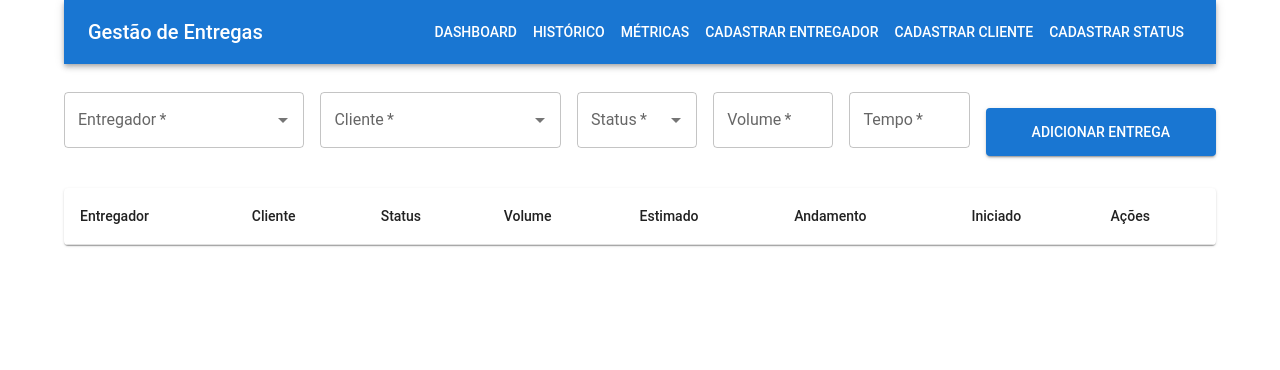
Repository: feliperanon/mobilegestao
Page: /dashboard (app in frontend/)
These files come from the project's save history. The page is drawn as it stood at one moment and after the next save; the edit follows.
The browser window is 1280 px wide. The pictures show the whole page.
The page's requests for data from a server got no answer. The project was rebuilt for these pictures with package versions that can differ from the ones it lists, and the page was loaded fresh each time. No one was signed in, and anything a server would have sent is missing. Also part of the build but not shown: frontend/webpack.config.js, frontend/src/pages/Home.js, frontend/src/pages/History.js, frontend/src/pages/Analysis.js, frontend/src/components/Login.js, frontend/src/components/Register.js, frontend/src/components/AddEntregador.js, frontend/src/components/AddCliente.js and 2 more.

Above is the page before, as saved 2024-07-20 20:28:40.

### frontend/public/index.html
<!-- frontend/public/index.html -->

<!DOCTYPE html>
<html lang="en">
<head>
    <meta charset="UTF-8">
    <meta name="viewport" content="width=device-width, initial-scale=1.0">
    <title>Mobile Gestão</title>
</head>
<body>
    <div id="root"></div>
</body>
</html>

### frontend/src/index.js
import React from 'react';
import { createRoot } from 'react-dom/client';
import { BrowserRouter as Router, Route, Routes } from 'react-router-dom';
import { ThemeProvider, createTheme } from '@mui/material/styles';
import CssBaseline from '@mui/material/CssBaseline';
import Home from './pages/Home';
import History from './pages/History';
import Analysis from './pages/Analysis';
import Dashboard from './components/Dashboard';
import Login from './components/Login';
import Register from './components/Register';
import AddEntregador from './components/AddEntregador';
import AddCliente from './components/AddCliente';
import AddStatus from './components/AddStatus';
import Metrics from './components/Metrics';

const theme = createTheme({
  palette: {
    primary: {
      main: '#1976d2',
    },
    secondary: {
      main: '#dc004e',
    },
  },
  typography: {
    fontFamily: 'Roboto, Arial, sans-serif',
  },
});

const container = document.getElementById('root');
const root = createRoot(container);

root.render(
  <ThemeProvider theme={theme}>
    <CssBaseline />
    <Router>
      <Routes>
        <Route path="/" element={<Home />} />
        <Route path="/login" element={<Login />} />
        <Route path="/register" element={<Register />} />
        <Route path="/dashboard" element={<Dashboard />} />
        <Route path="/history" element={<History />} />
        <Route path="/analysis" element={<Analysis />} />
        <Route path="/metrics" element={<Metrics />} />
        <Route path="/add-entregador" element={<AddEntregador />} />
        <Route path="/add-cliente" element={<AddCliente />} />
        <Route path="/add-status" element={<AddStatus />} />
      </Routes>
    </Router>
  </ThemeProvider>
);

### frontend/src/components/Dashboard.js
import React, { useEffect, useState } from 'react';
import axios from 'axios';
import {
  Container,
  Typography,
  Box,
  Button,
  Table,
  TableBody,
  TableCell,
  TableContainer,
  TableHead,
  TableRow,
  Paper,
  IconButton,
  Dialog,
  DialogActions,
  DialogContent,
  DialogContentText,
  DialogTitle,
  TextField,
} from '@mui/material';
import Autocomplete from '@mui/material/Autocomplete';
import EditIcon from '@mui/icons-material/Edit';
import DeleteIcon from '@mui/icons-material/Delete';
import DoneIcon from '@mui/icons-material/Done';
import Navigation from './Navigation';

const Dashboard = () => {
  const [deliveries, setDeliveries] = useState([]);
  const [entregadores, setEntregadores] = useState([]);
  const [clientes, setClientes] = useState([]);
  const [statusList, setStatusList] = useState([]);
  const [entregador, setEntregador] = useState(null);
  const [cliente, setCliente] = useState(null);
  const [status, setStatus] = useState(null);
  const [volume, setVolume] = useState('');
  const [tempoEstimado, setTempoEstimado] = useState('');
  const [editDialogOpen, setEditDialogOpen] = useState(false);
  const [editDeliveryId, setEditDeliveryId] = useState(null);
  const [editEntregador, setEditEntregador] = useState(null);
  const [deleteDialogOpen, setDeleteDialogOpen] = useState(false);
  const [deleteDeliveryId, setDeleteDeliveryId] = useState(null);

  useEffect(() => {
    const fetchData = async () => {
      const deliveriesRes = await axios.get('http://localhost:5008/api/deliveries');
      const updatedDeliveries = deliveriesRes.data.map(delivery => ({
        ...delivery,
        tempoEmAndamento: Math.floor((Date.now() - new Date(delivery.iniciado)) / 60000)
      }));
      setDeliveries(updatedDeliveries);

      const entregadoresRes = await axios.get('http://localhost:5008/api/lists/entregadores');
      setEntregadores(entregadoresRes.data);

      const clientesRes = await axios.get('http://localhost:5008/api/lists/clientes');
      setClientes(clientesRes.data);

      const statusRes = await axios.get('http://localhost:5008/api/lists/status');
      setStatusList(statusRes.data);
    };

    fetchData();

    const intervalId = setInterval(() => {
      setDeliveries((prevDeliveries) =>
        prevDeliveries.map((delivery) => ({
          ...delivery,
          tempoEmAndamento: Math.floor((Date.now() - new Date(delivery.iniciado)) / 60000)
        }))
      );
    }, 60000);

    return () => clearInterval(intervalId);
  }, []);

  const handleSubmit = async (e) => {
    e.preventDefault();
    if (!entregador || !cliente || !status) {
      alert('Por favor, preencha todos os campos obrigatórios.');
      return;
    }
    try {
      const res = await axios.post('http://localhost:5008/api/deliveries', {
        entregador: entregador?.nome,
        cliente: cliente?.nome,
        status: status?.nome,
        volume,
        tempoEstimado,
      });
      setDeliveries([{
        ...res.data,
        tempoEmAndamento: 0
      }, ...deliveries]);
      setEntregador(null);
      setCliente(null);
      setStatus(null);
      setVolume('');
      setTempoEstimado('');
    } catch (err) {
      console.error(err);
    }
  };

  const handleEditSubmit = async (e) => {
    e.preventDefault();
    try {
      await axios.patch(`http://localhost:5008/api/deliveries/${editDeliveryId}`, { entregador: editEntregador?.nome });
      const updatedDeliveries = deliveries.map((delivery) =>
        delivery._id === editDeliveryId ? { ...delivery, entregador: editEntregador?.nome } : delivery
      );
      setDeliveries(updatedDeliveries);
      setEditDialogOpen(false);
      setEditDeliveryId(null);
      setEditEntregador(null);
    } catch (err) {
      console.error(err);
    }
  };

  const handleFinalize = async (id) => {
    try {
      await axios.patch(`http://localhost:5008/api/deliveries/${id}/finalize`);
      const updatedDeliveries = deliveries.filter((delivery) => delivery._id !== id);
      setDeliveries(updatedDeliveries);
    } catch (err) {
      console.error(err);
    }
  };

  const handleDelete = async (id) => {
    try {
      await axios.delete(`http://localhost:5008/api/deliveries/${id}`);
      const updatedDeliveries = deliveries.filter((delivery) => delivery._id !== id);
      setDeliveries(updatedDeliveries);
      closeDeleteDialog();
    } catch (err) {
      console.error(err);
    }
  };

  const openEditDialog = (id, currentEntregador) => {
    setEditDeliveryId(id);
    setEditEntregador({ nome: currentEntregador });
    setEditDialogOpen(true);
  };

  const openDeleteDialog = (id) => {
    setDeleteDeliveryId(id);
    setDeleteDialogOpen(true);
  };

  const closeEditDialog = () => {
    setEditDialogOpen(false);
    setEditDeliveryId(null);
    setEditEntregador(null);
  };

  const closeDeleteDialog = () => {
    setDeleteDialogOpen(false);
    setDeleteDeliveryId(null);
  };

  return (
    <Container>
      <Navigation />
      <Typography variant="h4" component="h1" gutterBottom>
              </Typography>
      <Box component="form" onSubmit={handleSubmit} sx={{ mb: 4, display: 'flex', flexDirection: 'row', flexWrap: 'wrap', gap: 2 }}>
        <Autocomplete
          options={entregadores}
          getOptionLabel={(option) => option.nome}
          value={entregador}
          onChange={(event, newValue) => setEntregador(newValue)}
          renderInput={(params) => <TextField {...params} label="Entregador" margin="normal" fullWidth required />}
          sx={{ flex: 2 }}
        />
        <Autocomplete
          options={clientes}
          getOptionLabel={(option) => option.nome}
          value={cliente}
          onChange={(event, newValue) => setCliente(newValue)}
          renderInput={(params) => <TextField {...params} label="Cliente" margin="normal" fullWidth required />}
          sx={{ flex: 2 }}
        />
        <Autocomplete
          options={statusList}
          getOptionLabel={(option) => option.nome}
          value={status}
          onChange={(event, newValue) => setStatus(newValue)}
          renderInput={(params) => <TextField {...params} label="Status" margin="normal" fullWidth required />}
          sx={{ flex: 1 }}
        />
        <TextField
          label="Volume"
          type="number"
          value={volume}
          onChange={(e) => setVolume(e.target.value)}
          fullWidth
          required
          margin="normal"
          sx={{ flex: 1 }}
        />
        <TextField
          label="Tempo"
          type="number"
          value={tempoEstimado}
          onChange={(e) => setTempoEstimado(e.target.value)}
          fullWidth
          required
          margin="normal"
          sx={{ flex: 1 }}
        />
        <Button type="submit" variant="contained" color="primary" sx={{ mt: 4, flexBasis: '20%' }}>
          Adicionar Entrega
        </Button>
      </Box>
      <TableContainer component={Paper}>
        <Table>
          <TableHead>
            <TableRow>
              <TableCell>Entregador</TableCell>
              <TableCell>Cliente</TableCell>
              <TableCell>Status</TableCell>
              <TableCell>Volume</TableCell>
              <TableCell>Estimado</TableCell>
              <TableCell>Andamento</TableCell>
              <TableCell>Iniciado</TableCell>
              <TableCell>Ações</TableCell>
            </TableRow>
          </TableHead>
          <TableBody>
            {deliveries.map((delivery) => (
              <TableRow key={delivery._id}>
                <TableCell>{delivery.entregador}</TableCell>
                <TableCell>{delivery.cliente}</TableCell> {/* Tratamento como string */}
                <TableCell>{delivery.status}</TableCell>
                <TableCell>{delivery.volume}</TableCell>
                <TableCell>{delivery.tempoEstimado}</TableCell>
                <TableCell>{delivery.tempoEmAndamento}</TableCell>
                <TableCell>{new Date(delivery.iniciado).toLocaleString()}</TableCell>
                <TableCell>
                  <IconButton onClick={() => openEditDialog(delivery._id, delivery.entregador)}>
                    <EditIcon />
                  </IconButton>
                  <IconButton onClick={() => handleFinalize(delivery._id)}>
                    <DoneIcon />
                  </IconButton>
                  <IconButton onClick={() => openDeleteDialog(delivery._id)}>
                    <DeleteIcon />
                  </IconButton>
                </TableCell>
              </TableRow>
            ))}
          </TableBody>
        </Table>
      </TableContainer>

      <Dialog open={editDialogOpen} onClose={closeEditDialog}>
        <DialogTitle>Editar Entregador</DialogTitle>
        <DialogContent>
          <DialogContentText>Selecione um novo entregador para a entrega.</DialogContentText>
          <Autocomplete
            options={entregadores}
            getOptionLabel={(option) => option.nome}
            value={editEntregador}
            onChange={(event, newValue) => setEditEntregador(newValue)}
            renderInput={(params) => <TextField {...params} label="Entregador" margin="normal" fullWidth required />}
          />
        </DialogContent>
        <DialogActions>
          <Button onClick={closeEditDialog}>Cancelar</Button>
          <Button onClick={handleEditSubmit} color="primary">Salvar</Button>
        </DialogActions>
      </Dialog>

      <Dialog open={deleteDialogOpen} onClose={closeDeleteDialog}>
        <DialogTitle>Confirmar Exclusão</DialogTitle>
        <DialogContent>
          <DialogContentText>Tem certeza de que deseja excluir esta entrega?</DialogContentText>
        </DialogContent>
        <DialogActions>
          <Button onClick={closeDeleteDialog}>Cancelar</Button>
          <Button onClick={() => handleDelete(deleteDeliveryId)} color="primary">Excluir</Button>
        </DialogActions>
      </Dialog>
    </Container>
  );
};

export default Dashboard;

### frontend/src/components/Navigation.js
import React from 'react';
import { Link } from 'react-router-dom';
import { AppBar, Toolbar, Typography, Button } from '@mui/material';

const Navigation = () => {
  return (
    <AppBar position="static">
      <Toolbar>
        <Typography variant="h6" sx={{ flexGrow: 1 }}>
          Gestão de Entregas
        </Typography>
        <Button color="inherit" component={Link} to="/dashboard">Dashboard</Button>
        <Button color="inherit" component={Link} to="/history">Histórico</Button>
        <Button color="inherit" component={Link} to="/metrics">Métricas</Button>
        <Button color="inherit" component={Link} to="/add-entregador">Cadastrar Entregador</Button>
        <Button color="inherit" component={Link} to="/add-cliente">Cadastrar Cliente</Button>
        <Button color="inherit" component={Link} to="/add-status">Cadastrar Status</Button>
      </Toolbar>
    </AppBar>
  );
};

export default Navigation;

After the next save:
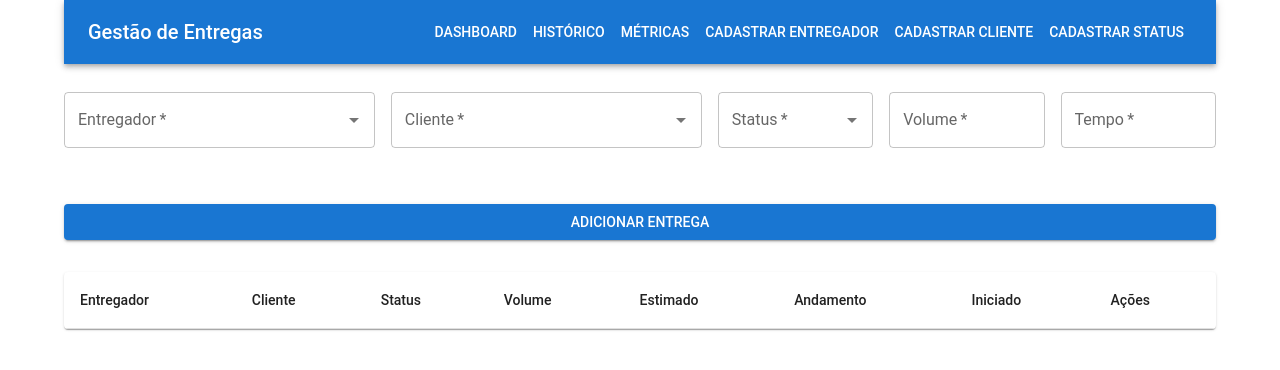
Saved 35 s later.
--- a/frontend/src/components/Dashboard.js
+++ b/frontend/src/components/Dashboard.js
@@ -212,7 +212,7 @@ const Dashboard = () => {
           margin="normal"
           sx={{ flex: 1 }}
         />
-        <Button type="submit" variant="contained" color="primary" sx={{ mt: 4, flexBasis: '20%' }}>
+        <Button type="submit" variant="contained" color="primary" sx={{ mt: 4, flexBasis: '100%' }}>
           Adicionar Entrega
         </Button>
       </Box>
